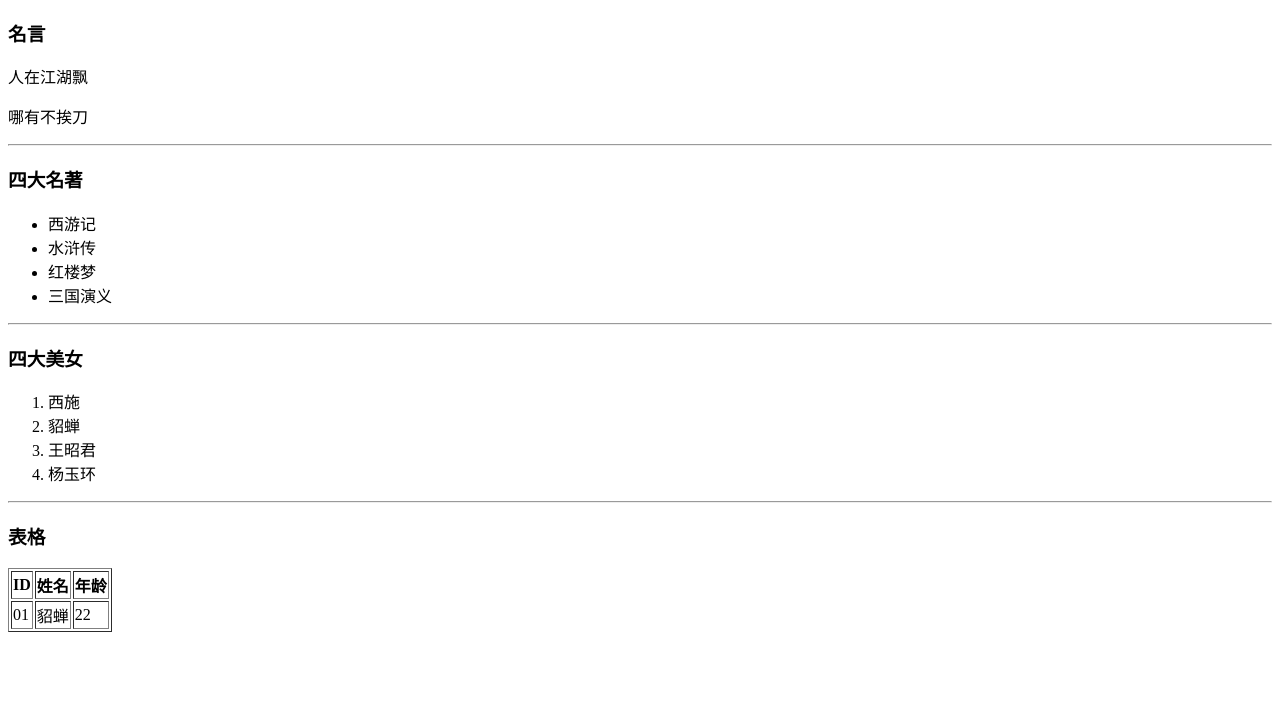
Repository: qyl1006/JavaApps
Page: workspace/html/WebContent/hello/practice.html
These files come from the project's save history. The page is drawn as it stood at one moment and after the next save; the edit follows.
The browser window is 1280 px wide. The pictures show the whole page.

Above is the page before, as saved 2018-02-26 04:50:28.

After the next save:
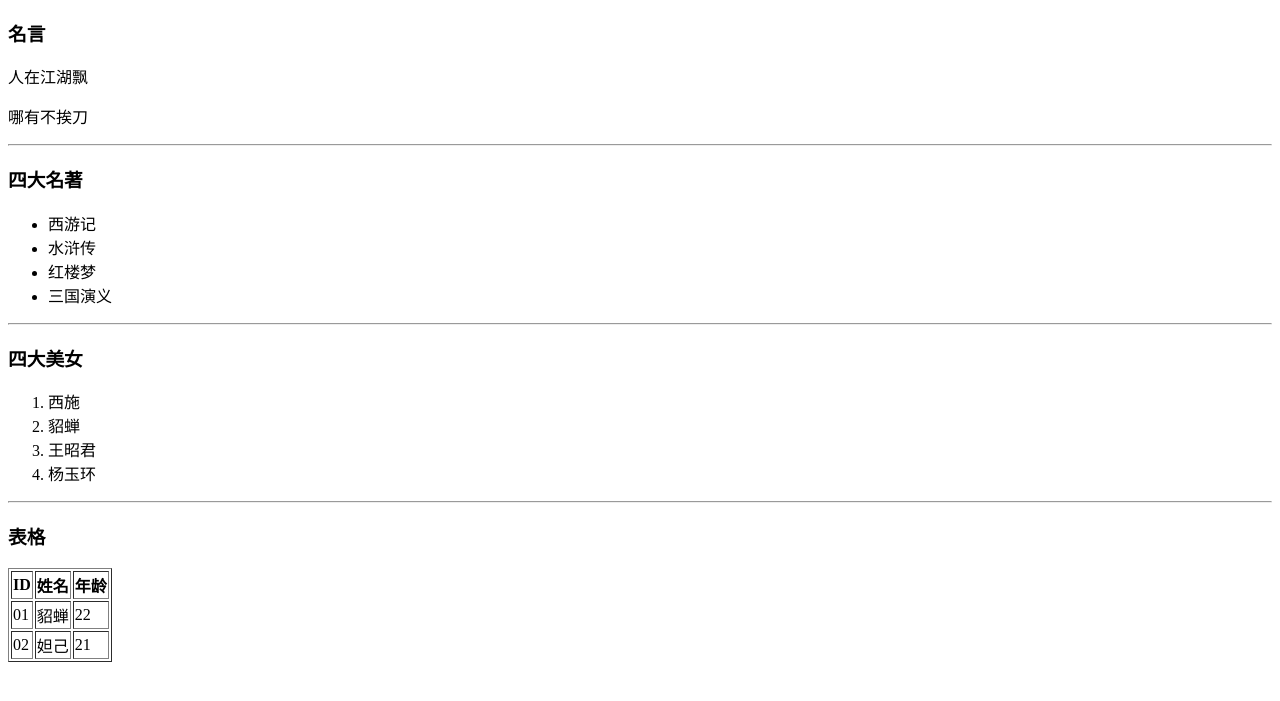
Saved 2 min 35 s later.
--- a/workspace/html/WebContent/hello/practice.html
+++ b/workspace/html/WebContent/hello/practice.html
@@ -45,6 +45,11 @@
 			<td>貂蝉</td>
 			<td>22</td>
 		</tr>
+		<tr>
+			<td>02</td>
+			<td>妲己</td>
+			<td>21</td>
+		</tr>
 	</table>
 
 </body>
